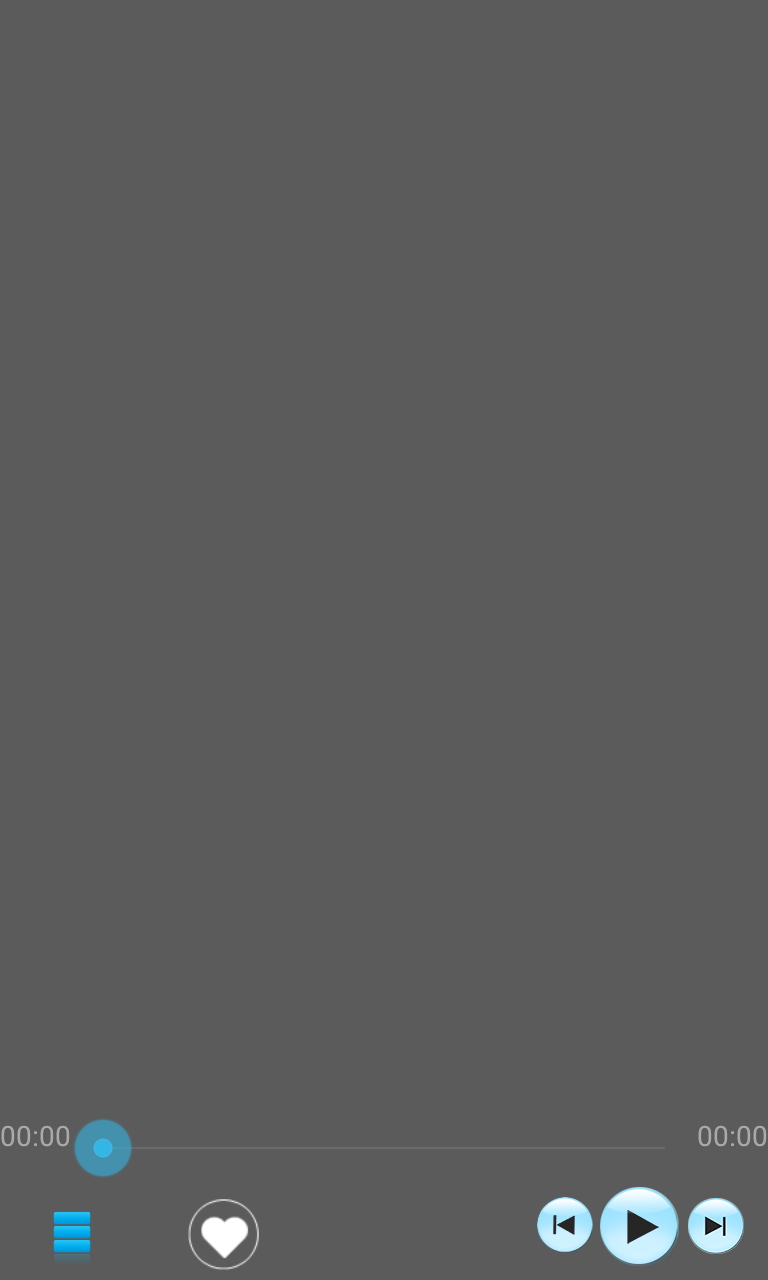
Repository: lanboone/CoCo
Layout: CoCoMusic/res/layout/activity_music_play.xml
These files come from the project's save history. The layout is drawn as it stood at one moment and after the next save; the edit follows.
It is drawn on a 768 x 1280 px phone screen (xhdpi) without system bars, with theme AppTheme; the app's code is not run. Lists and similar views that code fills are empty. The app's manifest (not shown) leaves right-to-left support off. So textAlignment, textDirection and layoutDirection are ignored, and left and right values win over start and end ones.

Above is the layout before, as saved 2016-02-27 07:49:48.

After the next save:
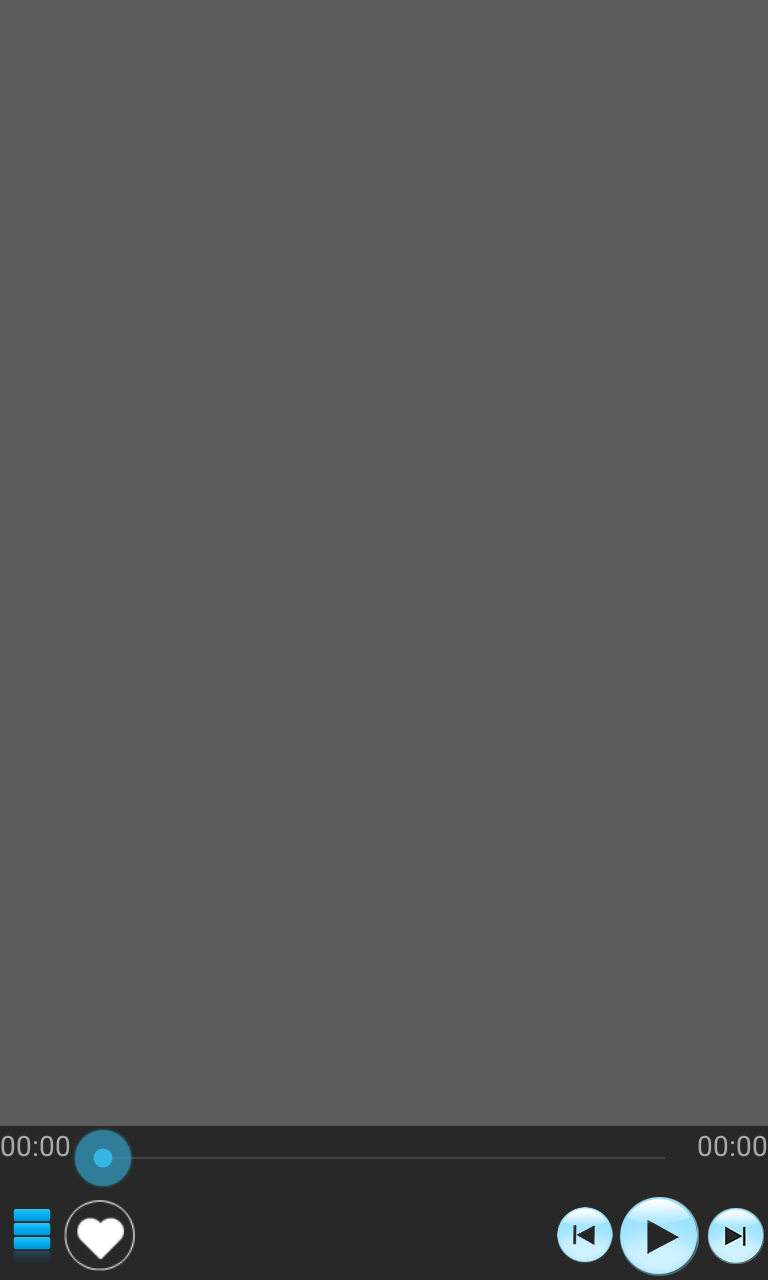
Saved 29 min 54 s later.
--- a/CoCoMusic/res/layout/activity_music_play.xml
+++ b/CoCoMusic/res/layout/activity_music_play.xml
@@ -4,44 +4,55 @@
     android:layout_height="match_parent"
     android:background="#5c5b5b" >
 
-    <android.support.v4.view.ViewPager
-        android:id="@+id/viewpager"
-        android:layout_width="match_parent"
-        android:layout_height="match_parent"
-        android:layout_above="@+id/li"
-        android:layout_alignParentStart="true"
-        android:layout_gravity="center" />
-
     <LinearLayout
         android:id="@+id/linear3"
         android:layout_width="wrap_content"
         android:layout_height="wrap_content"
         android:layout_alignParentBottom="true"
+        android:layout_alignParentLeft="true"
         android:layout_alignParentRight="true"
-        android:gravity="center"
-        android:layout_marginBottom="5dp"
-        android:layout_marginRight="10dp"
-        android:orientation="horizontal" >
+        android:orientation="horizontal"
+        android:gravity="center_vertical"
+        android:background="#282828">
 
         <ImageView
-            android:id="@+id/imageButton3_previous"
+            android:id="@+id/imageButton1_play_mode"
             android:layout_width="wrap_content"
             android:layout_height="wrap_content"
-            android:layout_gravity="center"
-            android:src="@mipmap/shangyishou" />
+            android:src="@mipmap/order" />
 
-        <ImageView
-            android:id="@+id/imageButton2_play_pause"
+       <ImageView
+            android:id="@+id/imageView_favorite"
             android:layout_width="wrap_content"
             android:layout_height="wrap_content"
-            android:src="@mipmap/bofang" />
+            android:scaleType="centerCrop"
+            android:src="@mipmap/xin_bai" />
 
-        <ImageView
-            android:id="@+id/imageButton1_next"
-            android:layout_width="wrap_content"
-            android:layout_height="wrap_content"
-            android:layout_gravity="center"
-            android:src="@mipmap/xiayishou" />
+       <RelativeLayout
+           android:id="@+id/lin"
+           android:layout_width="0dp"
+           android:layout_height="wrap_content"
+           android:layout_weight="1">
+        </RelativeLayout>
+
+       <ImageView
+           android:id="@+id/imageButton3_previous"
+           android:layout_width="wrap_content"
+           android:layout_height="wrap_content"
+           android:src="@mipmap/shangyishou" />
+
+       <ImageView
+           android:id="@+id/imageButton2_play_pause"
+           android:layout_width="wrap_content"
+           android:layout_height="wrap_content"
+           android:src="@mipmap/bofang" />
+
+       <ImageView
+           android:id="@+id/imageButton1_next"
+           android:layout_width="wrap_content"
+           android:layout_height="wrap_content"
+           android:src="@mipmap/xiayishou" />
+
     </LinearLayout>
 
     <LinearLayout
@@ -50,7 +61,8 @@
         android:layout_height="wrap_content"
         android:layout_above="@+id/linear3"
         android:layout_alignParentLeft="true"
-        android:orientation="horizontal" >
+        android:orientation="horizontal"
+        android:background="#282828" >
 
         <TextView
             android:id="@+id/textView_start_time"
@@ -75,23 +87,15 @@
             android:textColor="@android:color/darker_gray" />
     </LinearLayout>
 
-    <ImageView
-        android:id="@+id/imageButton1_play_mode"
-        android:layout_width="wrap_content"
-        android:layout_height="wrap_content"
-        android:layout_alignBottom="@+id/linear3"
+    <android.support.v4.view.ViewPager
+        android:id="@+id/viewpager"
+        android:layout_width="match_parent"
+        android:layout_height="match_parent"
+        android:layout_above="@+id/li"
         android:layout_alignParentLeft="true"
-        android:layout_marginLeft="20dp"
-        android:src="@mipmap/order" />
+        android:layout_alignParentStart="true"
+        android:layout_alignParentTop="true" >
 
-    <ImageView
-        android:id="@+id/imageView_favorite"
-        android:layout_width="wrap_content"
-        android:layout_height="wrap_content"
-        android:layout_alignBottom="@+id/imageButton1_play_mode"
-        android:layout_marginLeft="42dp"
-        android:layout_toRightOf="@+id/imageButton1_play_mode"
-        android:scaleType="centerCrop"
-        android:src="@mipmap/xin_bai" />
+    </android.support.v4.view.ViewPager>
 
 </RelativeLayout>
